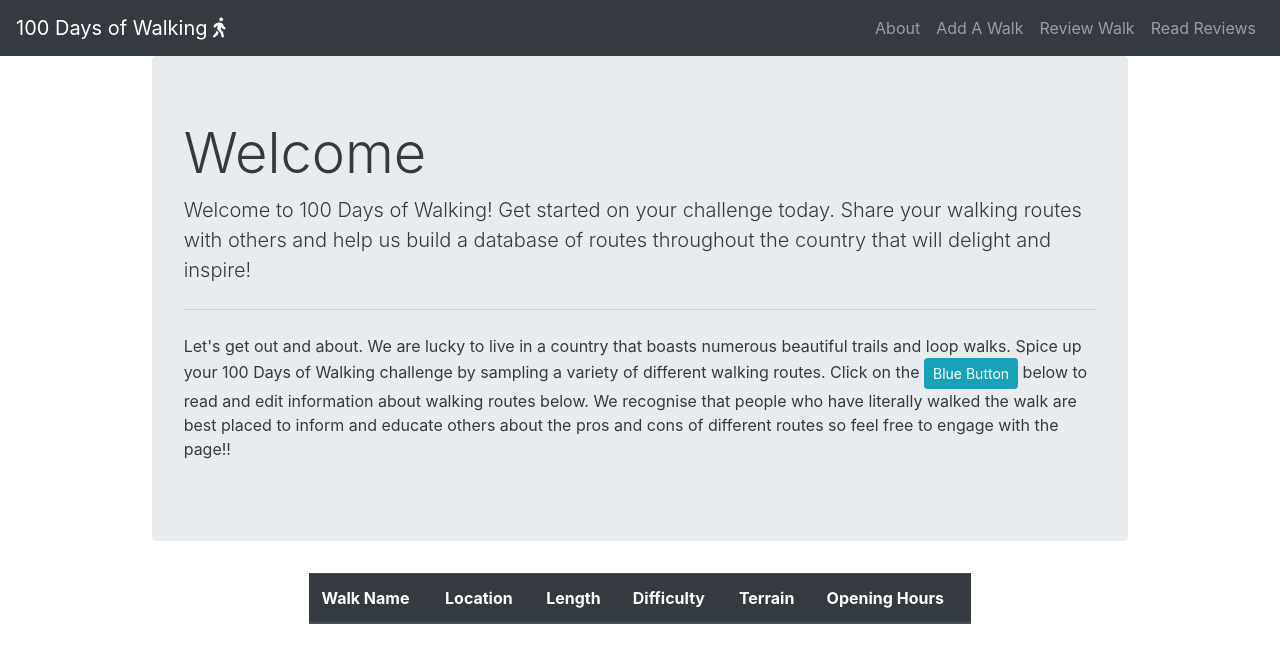
Repository: 5803emma/days-of-walking
Page: http://localhost/
The author's editor kept a record of every edit. The page is drawn from the files as they stood at one moment, then again after the next edit.
The browser window is 1280 px wide. The pictures show the whole page.
Some web libraries are served in a nearby version. The page is served by the project's application, run on Flask 3 (app.py). Queries for data that is not in the repository find no rows.

Above is the page before.

After the next edit:
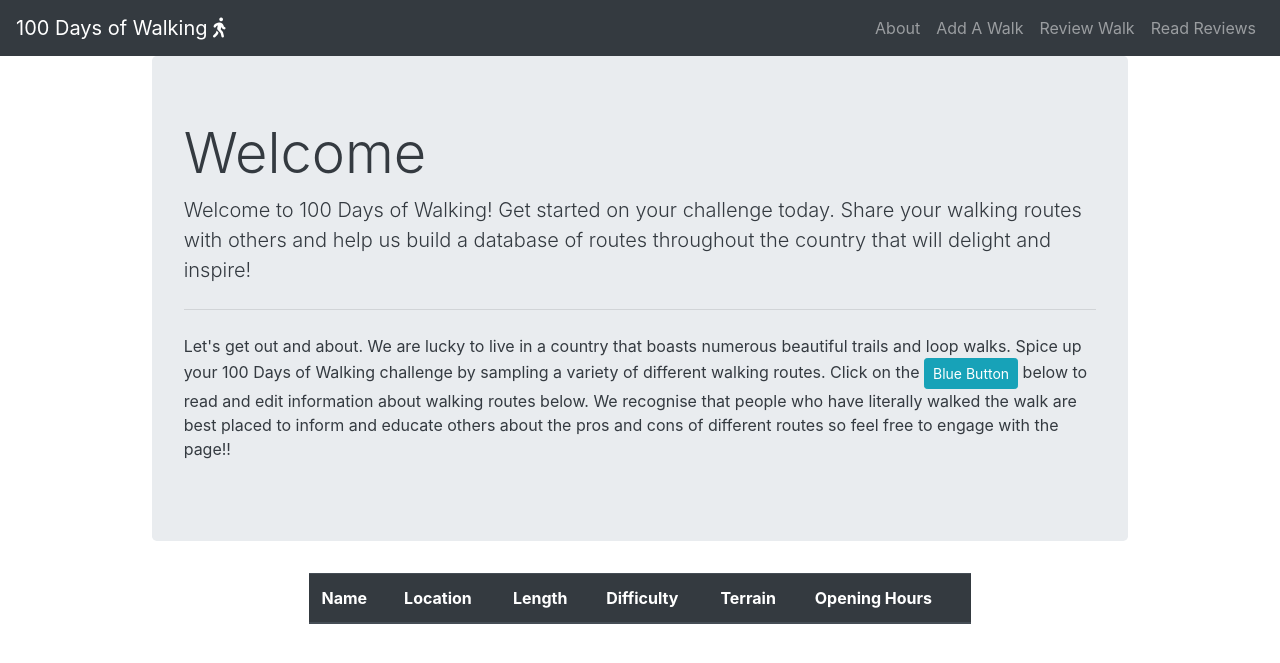
The edit:
--- a/templates/home.html
+++ b/templates/home.html
@@ -18,7 +18,7 @@
    <table class="table table-hover">
     <thead class="thead-dark">
      <tr>
-      <th scope="col">Walk Name</th>
+      <th scope="col">Name</th>
       <th scope="col">Location</th>
       <th scope="col">Length</th>
       <th scope="col">Difficulty</th>
